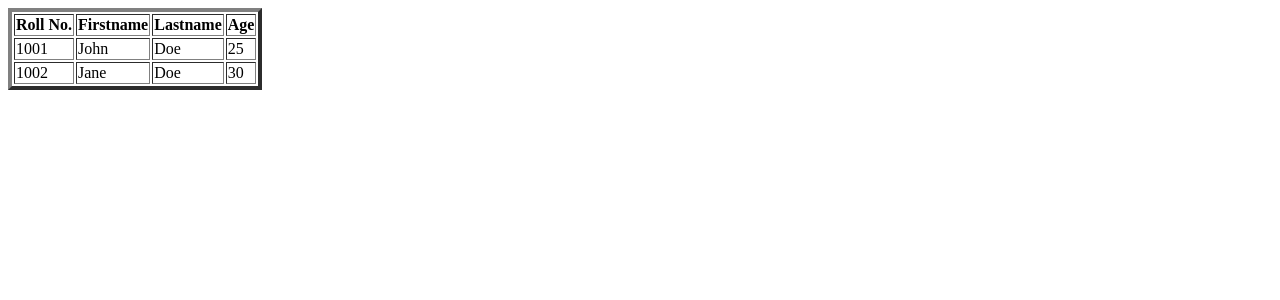
Repository: ankitgujre01/HTMLgeeks
Page: table.html
These files come from the project's save history. The page is drawn as it stood at one moment and after the next save; the edit follows.
The browser window is 1280 px wide. The pictures show the whole page.

Above is the page before, as saved 2025-09-03 23:10:48.

After the next save:
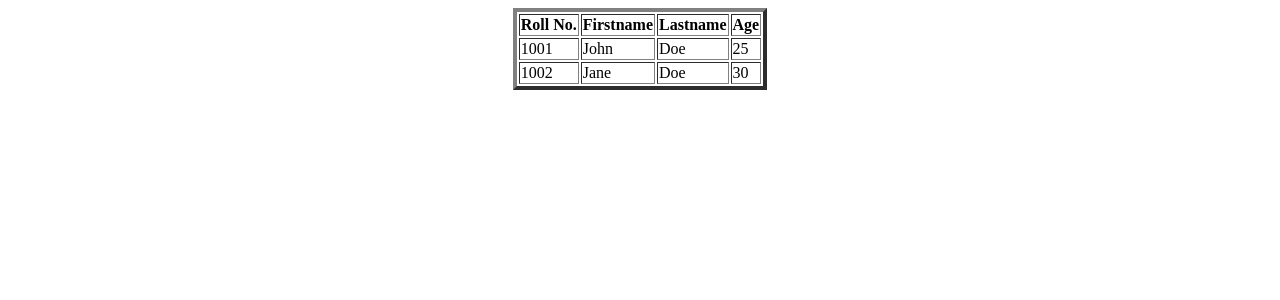
Saved 97 s later.
--- a/table.html
+++ b/table.html
@@ -4,7 +4,7 @@
         <title>Table</title>
     </head>
     <body>
-        <table border="4" align="left">
+        <table border="4" align="center">
             <th>Roll No.</th>
             <th>Firstname</th>
             <th>Lastname</th>
